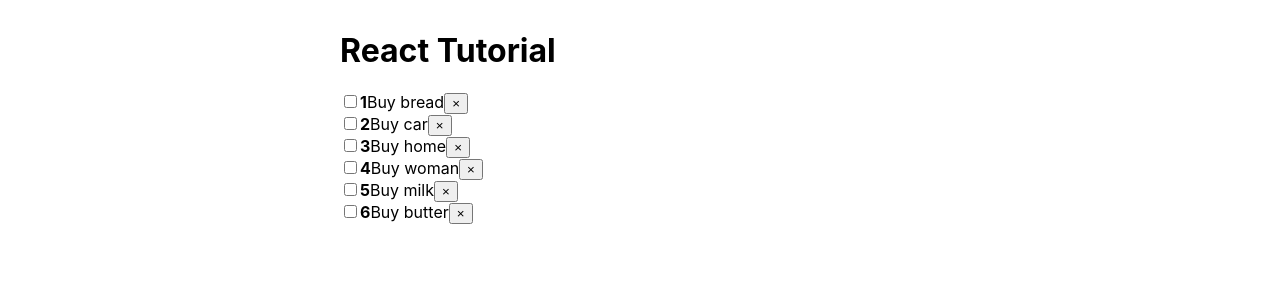
Repository: GregorPiev/rorganizer
Page: /
An editor plug-in stored every save of this project. The page is shown before and after the next save, followed by the edit.
The browser window is 1280 px wide. The pictures show the whole page.
The project was rebuilt for these pictures with package versions that can differ from the ones it lists, and the page was loaded fresh each time.

Above is the page before, as saved 2020-08-18 14:03:57.

After the next save:
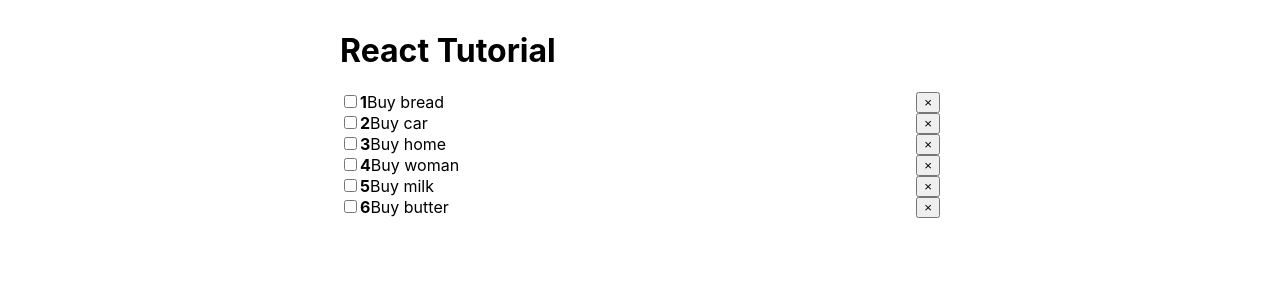
Saved 58 s later.
--- a/src/Todo/TodoItem/TodoItem.js
+++ b/src/Todo/TodoItem/TodoItem.js
@@ -1,6 +1,6 @@
 import React from 'react';
 import PropTypes from 'prop-types';
-import './TodoItem';
+import './TodoItem.css';
 
 function TodoItem({ todo, index }) {
 
